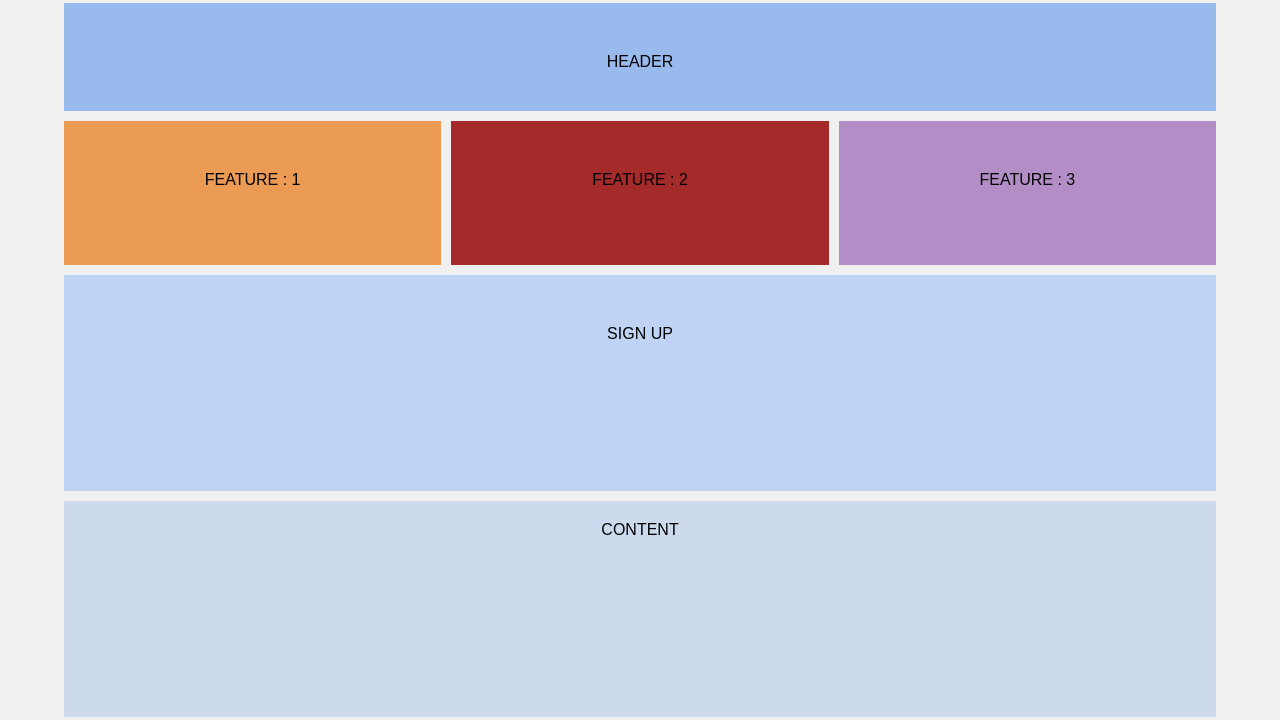
Repository: viveknaidu007/repo-152-FSD-InnomaticsTasksSep2024
Page: task_3/index.html
The author's editor kept a copy of each file at every save. The page is drawn from the files as they stood at one save, then again after a run of saves.
The browser window is 1280 px wide. The pictures show the whole page.

Above is the page before, as saved 2024-10-02 12:04:14.

### task_3/index.html
<!DOCTYPE html>
<html lang="en">
<head>
  <meta charset="UTF-8">
  <meta name="viewport" content="width=device-width, initial-scale=1.0">
  <title>Responsive Layout project</title>
  <link rel="stylesheet" href="styles.css">
</head>
<body>

  <div class="container">

    <header class="header">HEADER</header>
    <div class="content">CONTENT</div>
    <div class="signup">SIGN UP</div>
    <div class="feature1">FEATURE : 1</div>
    <div class="feature2">FEATURE : 2</div>
    <div class="feature3">FEATURE : 3</div>

  </div>
</body>
</html>

### task_3/styles.css
* {
    margin: 0;
    padding: 0;
    box-sizing: border-box;
  }

  body {
    font-family: Arial, sans-serif;
    display: flex;
    justify-content: center;
    align-items: center;
    height: 100vh;
    background-color: #f0f0f0;
  }

  .header {
    grid-area: header;
    background-color: #86afedd1;
    text-align: center;
    padding: 50px;
    position: static;
    height: 15vh;
  }

  .content {
    grid-area: content;
    background-color: #c9d8eee1;
    text-align: center;
    padding: 20px;
    height: 30vh;
  }

  .signup {
    grid-area: signup;
    background-color: #93bbf787;
    text-align: center;
    padding: 50px;
    text-decoration: solid;
    height: 30vh;
  }


  .feature1 {
    background-color: #ec9b55;
    height:20vh;
    text-align: center;
    padding: 50px;
  }

  .feature2 {
    background-color: brown;
    height:20vh;
    padding: 50px;
    text-align: center;
  }

  .feature3 {
    background-color: #b28dc6;
    padding: 50px;
    text-align: center;
  }


  .container {
    display: grid;
    grid-template-areas:
      "header"
      "content"
      "signup"
      "feature1"
      "feature2"
      "feature3";
    grid-template-columns: 1fr;
    gap: 10px;
    width: 90%;
    max-width: 1200px;
  }


  @media(min-width: 768px) {
    .container {
      grid-template-areas:
        "header header"
        "content content"
        "signup feature1"
        "feature2 feature3";
      grid-template-columns: 1fr 1fr;
    }
  }

  @media(min-width: 1024px) {
    .container {
      grid-template-areas:
        "header header header"
        "feature1 feature2 feature3"
        "signup signup signup"
        "content content content";
      grid-template-columns: repeat(3, 1fr);
    }
  }

After the next 2 saves:
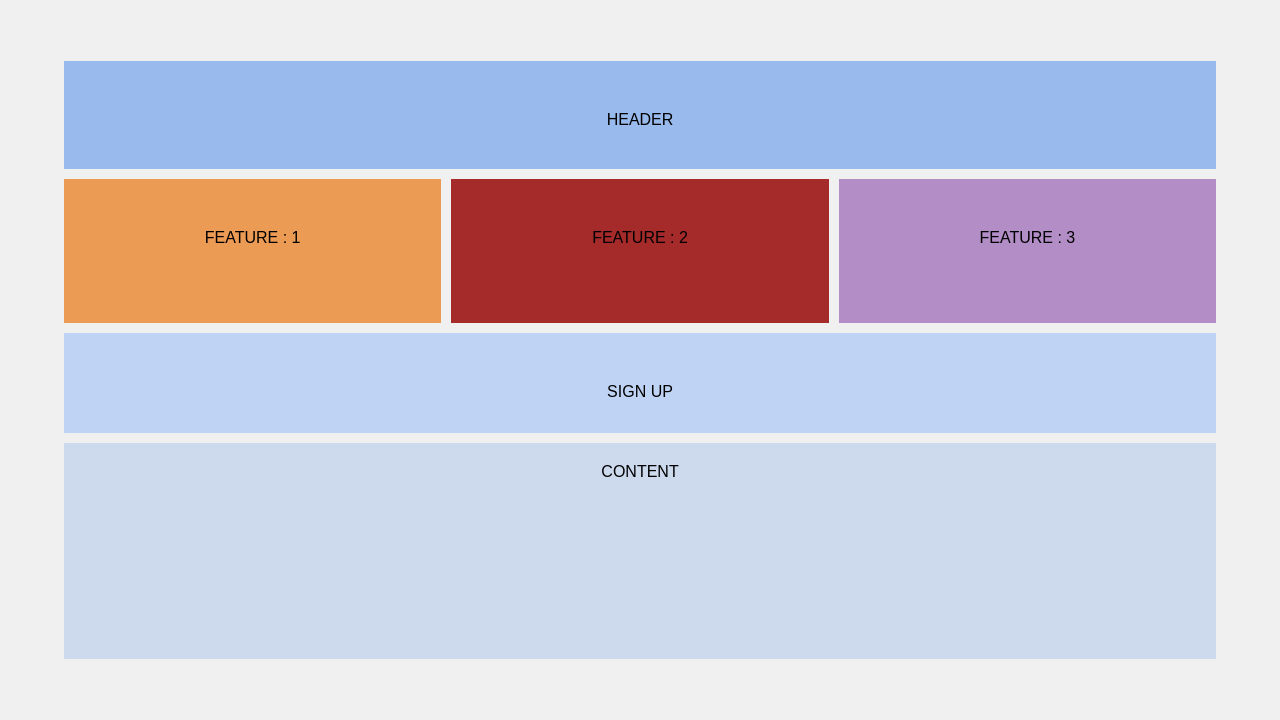
The 2 saves are shown as one change because they came seconds apart.
The last was saved 51 s later.
--- a/task_3/styles.css
+++ b/task_3/styles.css
@@ -36,7 +36,7 @@
     text-align: center;
     padding: 50px;
     text-decoration: solid;
-    height: 30vh;
+    height: 10vh;
   }
 
 
